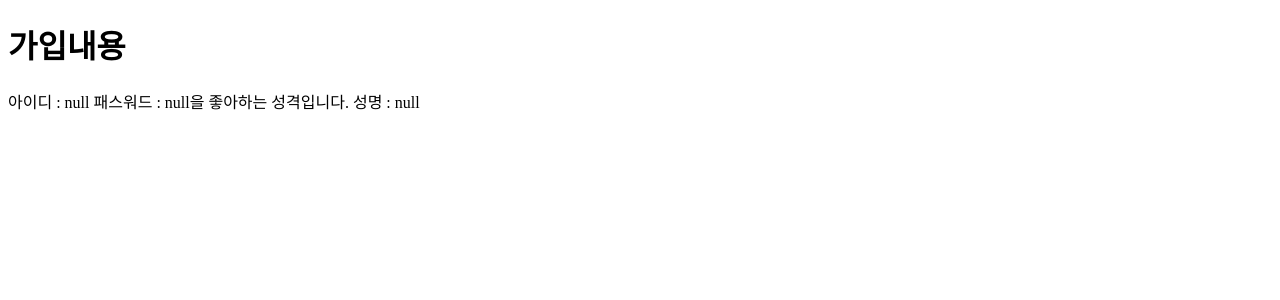
Repository: tjdwlsaos22/TJ_JSP
Page: http://localhost/Session/personal4.jsp
An editor plug-in stored every save of this project. The page is shown before and after the next save, followed by the edit.
The browser window is 1280 px wide. The pictures show the whole page.
The page is served by Tomcat 9.

Above is the page before, as saved 2024-01-22 05:20:52.

After the next save:
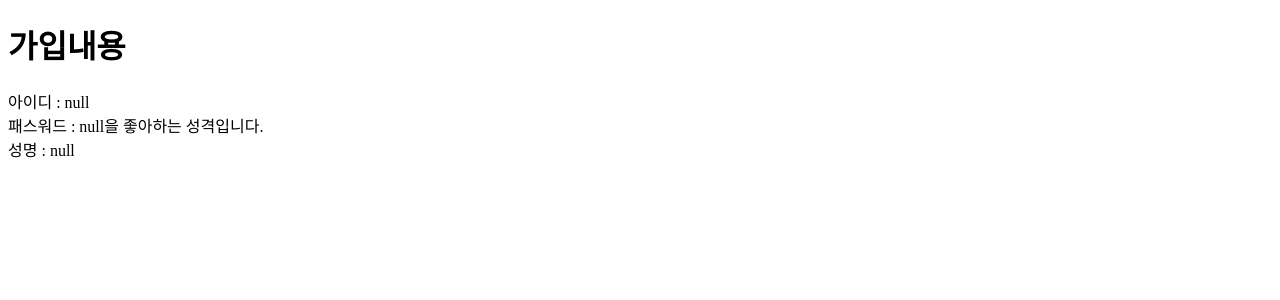
Saved 3 min 29 s later.
--- a/jsp1/Session/src/main/webapp/personal4.jsp
+++ b/jsp1/Session/src/main/webapp/personal4.jsp
@@ -17,8 +17,8 @@
 
 %>
 	<h1>가입내용</h1>
-	아이디 : <%=session.getAttribute("ID") %>
-	패스워드 : <%=session.getAttribute("pass") %>을 좋아하는 성격입니다.
+	아이디 : <%=session.getAttribute("ID") %> <br>
+	패스워드 : <%=session.getAttribute("pass") %>을 좋아하는 성격입니다.<br>
 	성명 : <%=session.getAttribute("name") %>
 
 <%session.invalidate(); %>
